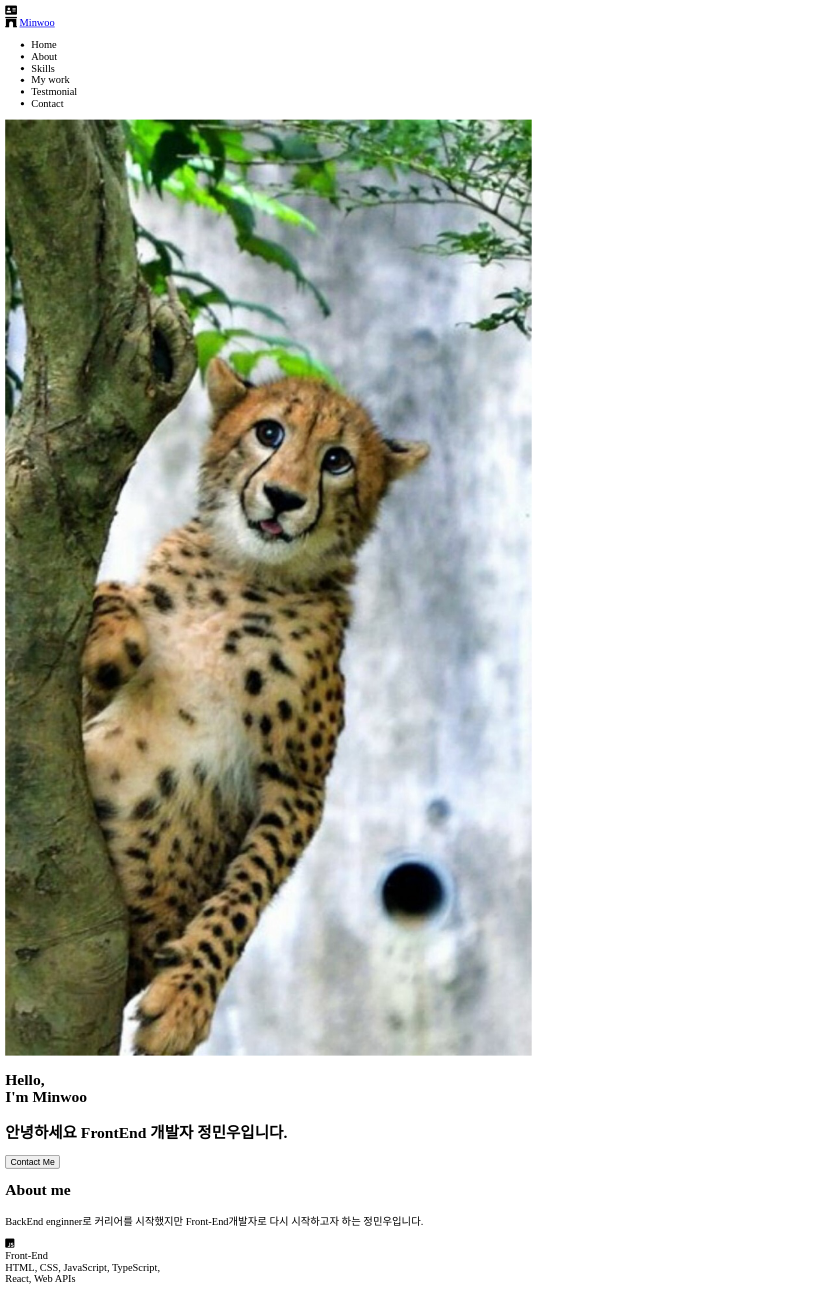
Repository: DevMinwoo-Jung/Portfolio
Page: index.html
The author's editor kept a copy of each file at every save. The page is drawn from the files as they stood at one save, then again after the next save.
The browser window is 1280 px wide. The pictures show the whole page, at 65% of full size.
Some web libraries are served in a nearby version.

Above is the page before, as saved 2021-03-22 13:21:51.

After the next save:
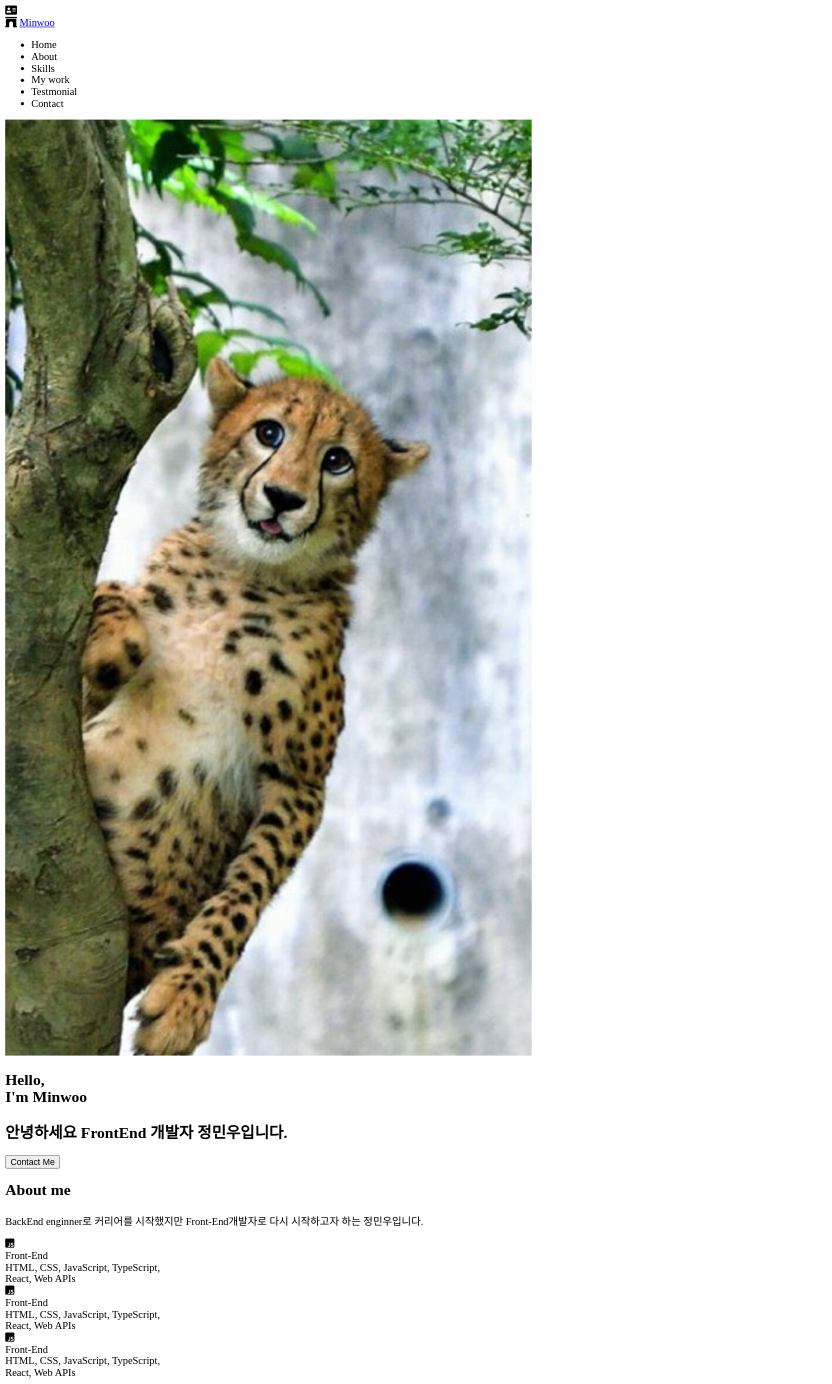
Saved 94 s later.
--- a/index.html
+++ b/index.html
@@ -58,6 +58,26 @@
         HTML, CSS, JavaScript, TypeScript,
         <br/> React, Web APIs
       </div>
+      <div class="major">
+        <div class="major__icon">
+          <i class="fab fa-js-square"></i>
+        </div>
+      </div>
+      <div class="major__title">Front-End</div>
+      <div class="major__description">
+        HTML, CSS, JavaScript, TypeScript,
+        <br/> React, Web APIs
+      </div>
+      <div class="major">
+        <div class="major__icon">
+          <i class="fab fa-js-square"></i>
+        </div>
+      </div>
+      <div class="major__title">Front-End</div>
+      <div class="major__description">
+        HTML, CSS, JavaScript, TypeScript,
+        <br/> React, Web APIs
+      </div>
     </div>
   </section>
   <!-- Skills -->

After the save that followed:
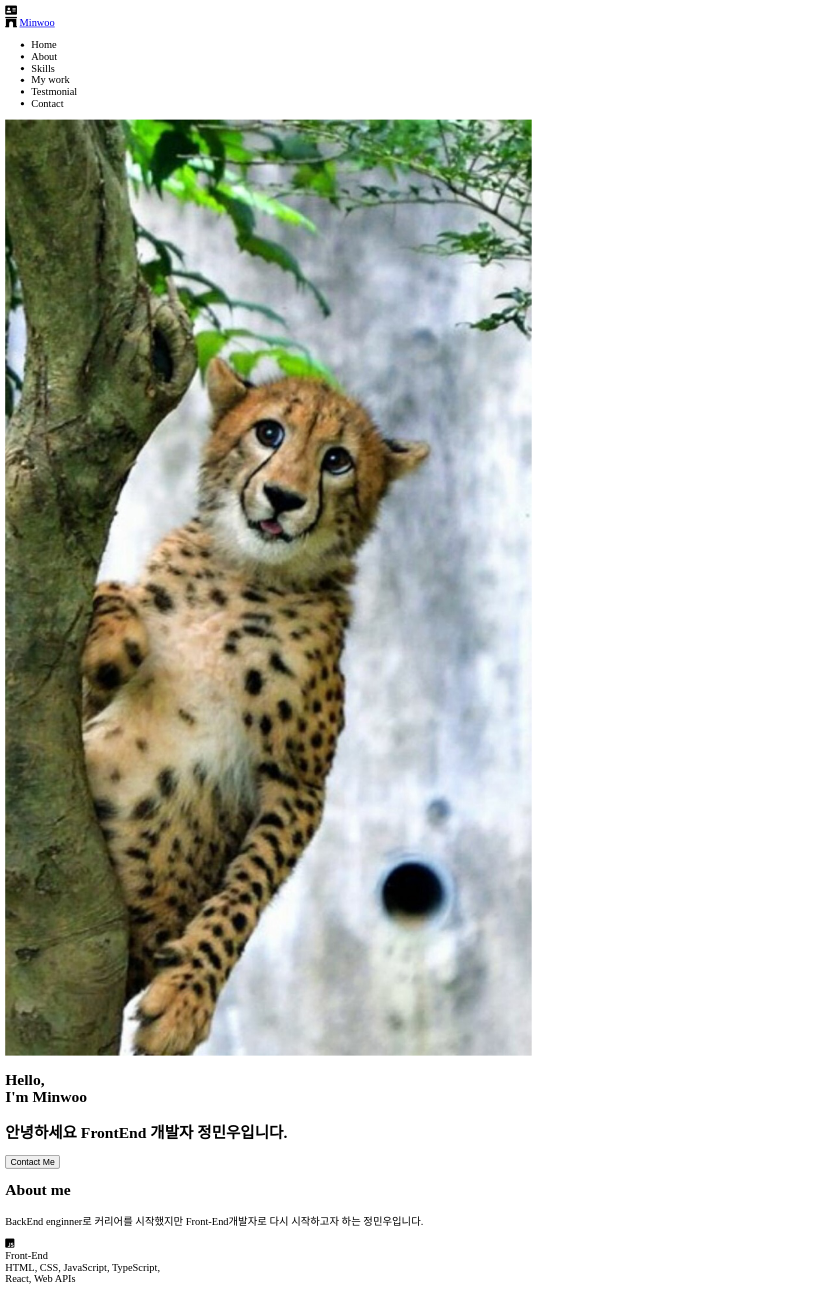
Saved 2 min 4 s later.
--- a/index.html
+++ b/index.html
@@ -52,31 +52,11 @@
         <div class="major__icon">
           <i class="fab fa-js-square"></i>
         </div>
-      </div>
-      <div class="major__title">Front-End</div>
-      <div class="major__description">
-        HTML, CSS, JavaScript, TypeScript,
-        <br/> React, Web APIs
-      </div>
-      <div class="major">
-        <div class="major__icon">
-          <i class="fab fa-js-square"></i>
+        <div class="major__title">Front-End</div>
+        <div class="major__description">
+          HTML, CSS, JavaScript, TypeScript,
+          <br/> React, Web APIs
         </div>
-      </div>
-      <div class="major__title">Front-End</div>
-      <div class="major__description">
-        HTML, CSS, JavaScript, TypeScript,
-        <br/> React, Web APIs
-      </div>
-      <div class="major">
-        <div class="major__icon">
-          <i class="fab fa-js-square"></i>
-        </div>
-      </div>
-      <div class="major__title">Front-End</div>
-      <div class="major__description">
-        HTML, CSS, JavaScript, TypeScript,
-        <br/> React, Web APIs
       </div>
     </div>
   </section>
